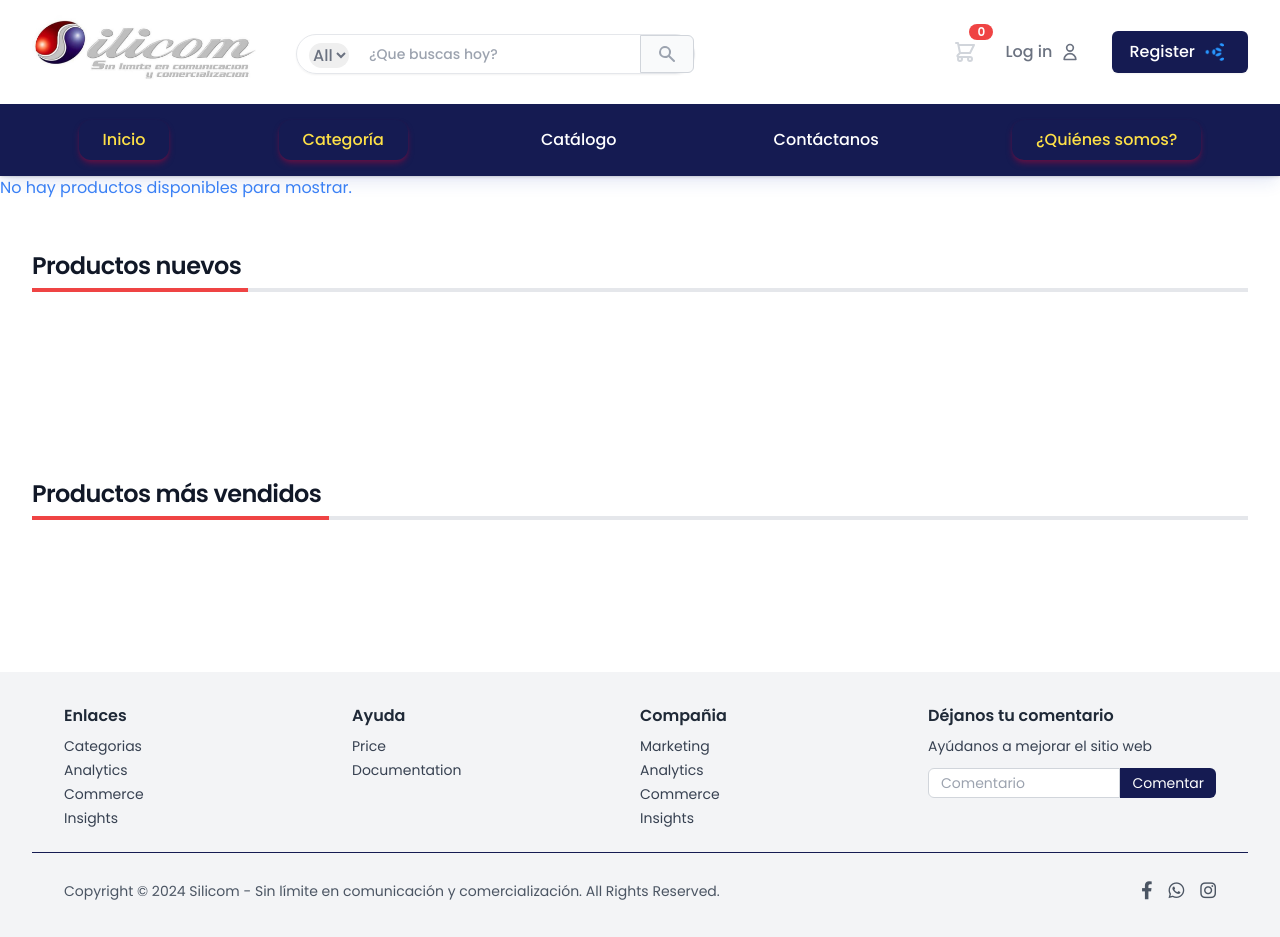
Repository: Francovg18/ecommerce
Page: /checkout
The author's editor kept a copy of each file at every save. The page is drawn from the files as they stood at one save, then again after the next save.
The browser window is 1280 px wide. The pictures show the whole page.
The page's requests for data from a server got no answer. The project was rebuilt for these pictures with package versions that can differ from the ones it lists, and the page was loaded fresh each time. No one was signed in, and anything a server would have sent is missing. Also part of the build but not shown: src/contenedores/errors/Error404.jsx, src/contenedores/auth/Signup.js, src/contenedores/auth/Login.js, src/contenedores/auth/Activate.js, src/contenedores/auth/ResetPassword.js, src/contenedores/auth/ResetPasswordConfirm.js, src/componentes/product/ProductCard.js, src/helpers/fixedPrices.js and 22 more.

Above is the page before, as saved 2025-01-18 00:14:52.

After the next save:
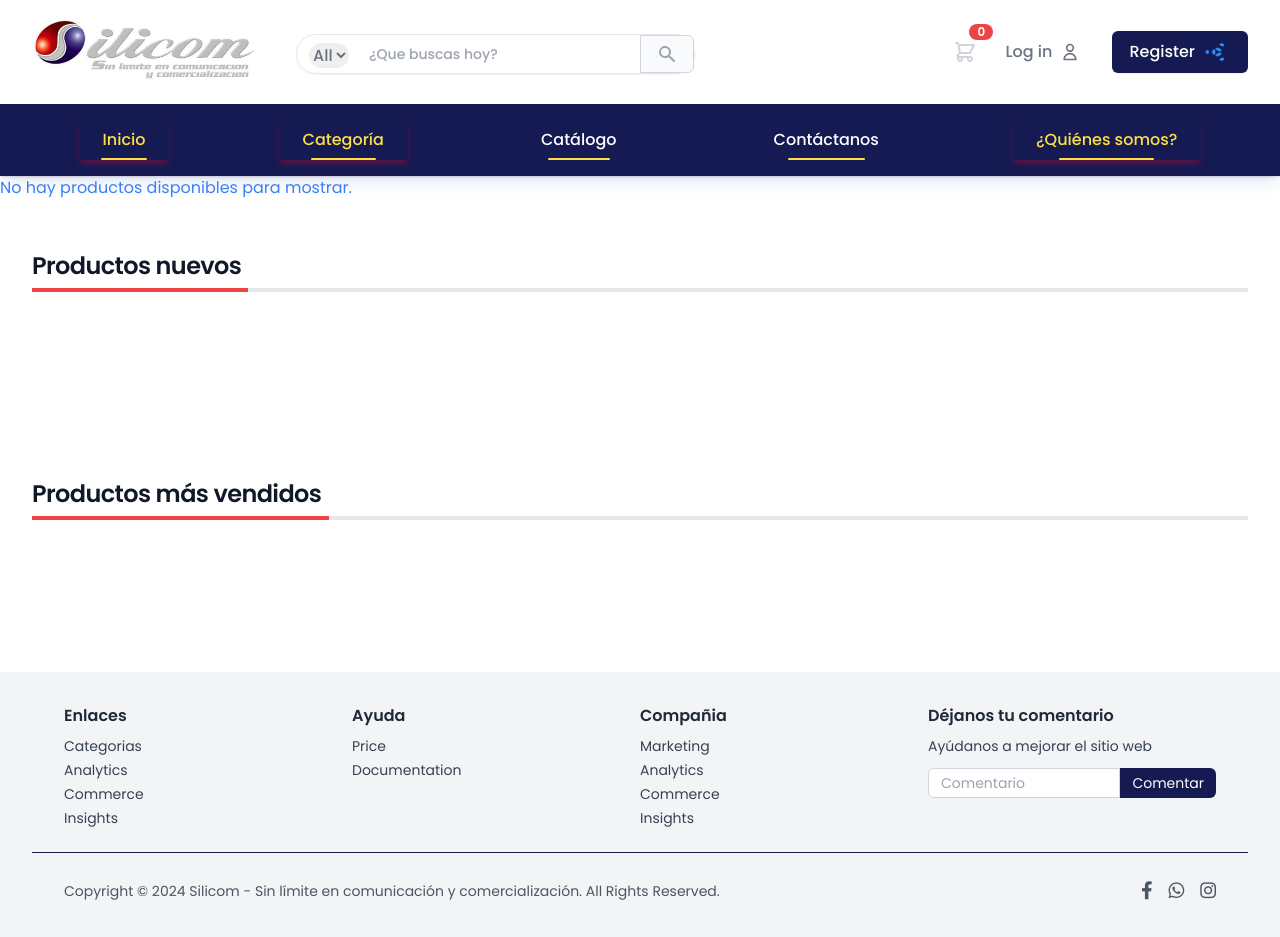
Saved 19 s later.
--- a/src/componentes/navegacion/Navbar.js
+++ b/src/componentes/navegacion/Navbar.js
@@ -203,47 +203,30 @@ function Navbar({
 
       </div>
       <div className="hidden md:flex bg-midnight-blue text-white py-4 px-6 justify-around items-center shadow-lg shadow-blue-800/10">
-      {[
-        { to: "/", label: "Inicio" },
-        { to: "/", label: "Categoría" },
-        { to: "/shop", label: "Catálogo" },
-        { to: "/contactus", label: "Contáctanos" },
-        { to: "/", label: "¿Quiénes somos?" },
-      ].map((item, index) => (
-        <NavLink
-          key={index}
-          to={item.to}
-          className={({ isActive }) =>
-            `relative text-base font-medium transition-all duration-300 ease-in-out px-6 py-2
-            rounded-xl group ${isActive ? "bg-midnight-blue shadow-md shadow-royal-purple/100 text-yellow-300" : "hover:bg-purple-night/70 hover:text-crimson-red"}`
-          }
-        >
-          <span className="absolute inset-y-0 left-0 flex items-center -translate-x-4 opacity-0 transition-all duration-300 group-hover:translate-x-0 group-hover:opacity-100">
-            <svg
-              xmlns="http://www.w3.org/2000/svg"
-              className="w-4 h-4 text-yellow-300"
-              fill="none"
-              viewBox="0 0 24 24"
-              stroke="currentColor"
-            >
-              <path strokeLinecap="round" strokeLinejoin="round" strokeWidth="2" d="M15 19l-7-7 7-7" />
-            </svg>
-          </span>
-          <span>{item.label}</span>
-          <span className="absolute inset-y-0 right-0 flex items-center translate-x-4 opacity-0 transition-all duration-300 group-hover:translate-x-0 group-hover:opacity-100">
-            <svg
-              xmlns="http://www.w3.org/2000/svg"
-              className="w-4 h-4 text-yellow-300"
-              fill="none"
-              viewBox="0 0 24 24"
-              stroke="currentColor"
-            >
-              <path strokeLinecap="round" strokeLinejoin="round" strokeWidth="2" d="M9 5l7 7-7 7" />
-            </svg>
-          </span>
-        </NavLink>
-      ))}
-    </div>
+  {[
+    { to: "/", label: "Inicio" },
+    { to: "/", label: "Categoría" },
+    { to: "/shop", label: "Catálogo" },
+    { to: "/contactus", label: "Contáctanos" },
+    { to: "/", label: "¿Quiénes somos?" },
+  ].map((item, index) => (
+    <NavLink
+      key={index}
+      to={item.to}
+      className={({ isActive }) =>
+        `relative text-base font-medium transition-all duration-300 ease-in-out px-6 py-2 group
+         ${isActive ? "bg-midnight-blue shadow-md shadow-royal-purple/100 text-yellow-300" : "hover:bg-purple-night/70 hover:text-crimson-red"}`
+      }
+    >
+      <span>{item.label}</span>
+      <span
+        className="absolute bottom-0 left-1/4 w-1/2 h-[2px] bg-yellow-300 rounded-full
+                   transition-all duration-300 ease-in-out group-hover:w-3/4"
+      ></span>
+    </NavLink>
+  ))}
+</div>
+
 
 
       </div>
